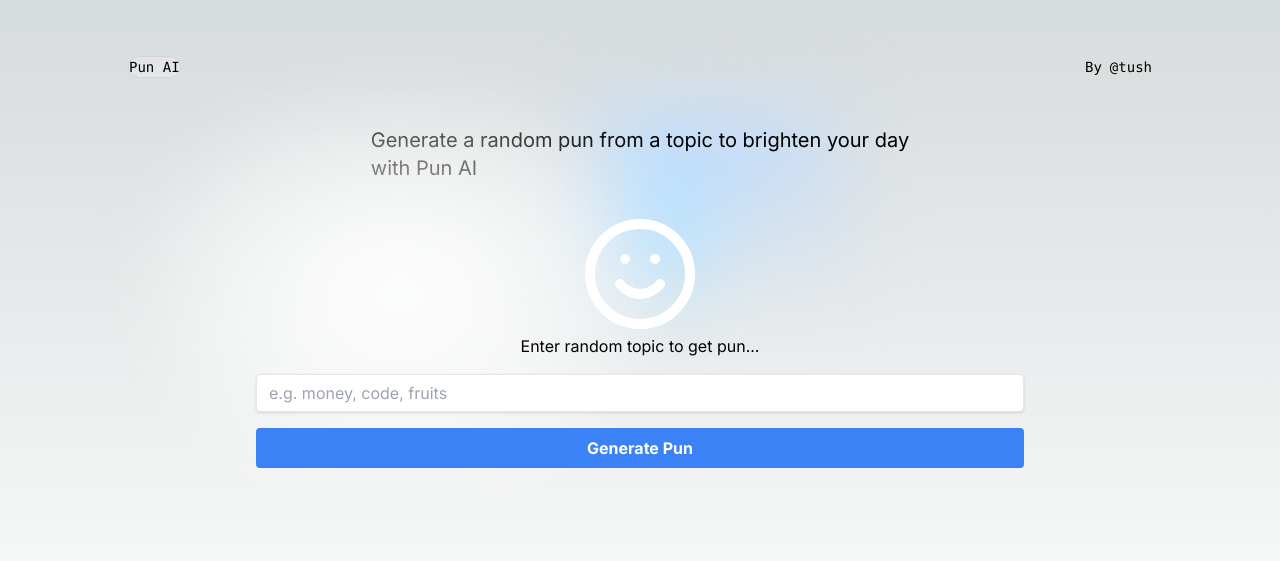
Repository: tushcmd/next-puns-ai
Page: /
An editor plug-in stored every save of this project. The page is shown before and after the next save, followed by the edit.
The browser window is 1280 px wide. The pictures show the whole page.
The project was rebuilt for these pictures with package versions that can differ from the ones it lists, and the page was loaded fresh each time. The framework's server and built-in components were replaced by stand-ins that run in the browser. Also part of the build but not shown: next.config.mjs.

Above is the page before, as saved 2024-03-07 08:48:28.

### app/page.tsx
import Image from "next/image";
import { FormEvent } from "react";



export default function Home() {
 {/* async function handleSubmit(e: FormEvent:<HTMLFormElement>) {
    return ;
  }    */}


  return (
    //Main Section
    <main className="flex min-h-screen flex-col items-center pt-6 px-24">

      {/*Nav*/}

      <div className="z-10 max-w-5xl w-full items-center justify-between py-8 font-mono text-sm lg:flex">
        <p className="fixed left-0 top-0 flex w-full justify-center border-b border-gray-300 bg-gradient-to-b from-zinc-200 py-2 backdrop-blur-2xl dark:border-neutral-800 dark:bg-zinc-800/30 dark:from-inherit lg:static lg:w-auto  lg:rounded-xl lg:border lg:bg-gray-200 lg:p-0 lg:dark:bg-zinc-800/30">
          Pun AI
        </p>

        <div className="fixed bottom-0 left-0 flex h-48 w-full items-end justify-center bg-gradient-to-t from-white via-white dark:from-black dark:via-black lg:static lg:h-auto lg:w-auto lg:bg-none">
          {/*<div>
            Dak
  </div>*/}
          <a
            className="pointer-events-none flex place-items-center gap-2 p-8 lg:pointer-events-auto lg:p-0"
            href="https://tushdev.co/"
            target="_blank"
            rel="noopener noreferrer"
          >
            By{" "}
            <p>@tush</p>
          </a>
        </div>
      </div>

      <div className="relative flex flex-col place-items-center before:absolute before:h-[300px] before:w-full sm:before:w-[480px] before:-translate-x-1/2 before:rounded-full before:bg-gradient-radial before:from-white before:to-transparent before:blur-2xl before:content-[''] after:absolute after:-z-20 after:h-[180px] after:w-full sm:after:w-[240px] after:translate-x-1/3 after:bg-gradient-conic after:from-sky-200 after:via-blue-200 after:blur-2xl after:content-[''] before:dark:bg-gradient-to-br before:dark:from-transparent before:dark:to-blue-700 before:dark:opacity-10 after:dark:from-sky-900 after:dark:via-[#0141ff] after:dark:opacity-40 before:lg:h-[360px] z-[-1]">
        <p className="p-4 lg:pb-8 text-xl">
          Generate a random pun from a topic to brighten your day <br /> with Pun AI
        </p>
        <svg
          xmlns="http://www.w3.org/2000/svg"
          width="120"
          height="120"
          viewBox="0 0 24 24"
          fill="none"
          stroke="#FFFFFF"
          stroke-width="2"
          stroke-linecap="round"
          stroke-linejoin="round"
          className="lucide lucide-smile"><circle cx="12" cy="12" r="10" /><path d="M8 14s1.5 2 4 2 4-2 4-2" /><line x1="9" x2="9.01" y1="9" y2="9" /><line x1="15" x2="15.01" y1="9" y2="9"
          />
        </svg>
      </div>

      <form className="flex flex-col justify-between mb-32 text-center lg:max-w-3xl lg:w-full lg:mb-0 lg:grid-cols-4">
        <div className='w-full mb-4'>
          <label className="block items-center justify-center mb-4" htmlFor="prompt-input">
            Enter random topic to get pun...
          </label>
          <input
            className="shadow appearance-none border rounded w-full py-2 px-3 text-gray-700 leading-tight focus:outline-none focus:shadow-outline"
            id="prompt-input"
            type="text"
            placeholder="e.g. money, code, fruits">
          </input>
        </div>
        <button
          type="submit"
          className="bg-blue-500 hover:bg-blue-700 text-white font-bold py-2 px-4 rounded focus:outline-none focus:shadow-outline"
        >
          Generate Pun
        </button>
      </form>
    </main>
  );
}

Loaded but not shown: app/layout.tsx (common file); app/globals.css (common file); tailwind.config.ts (common file)

After the next save:
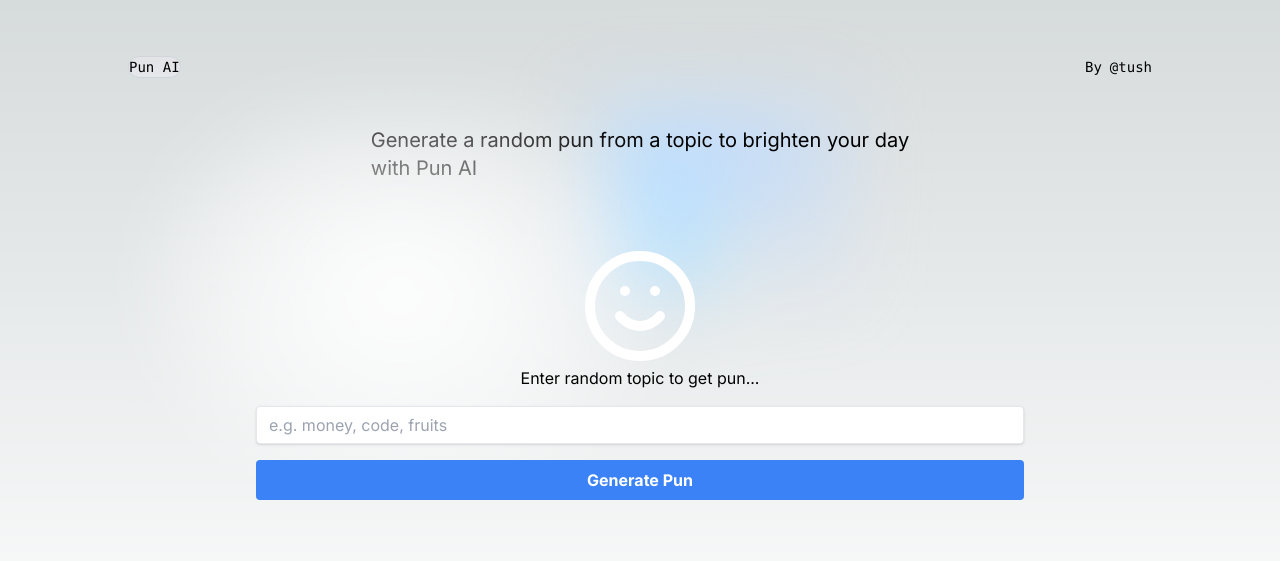
Saved 23 s later.
--- a/app/page.tsx
+++ b/app/page.tsx
@@ -37,7 +37,7 @@
       </div>
 
       <div className="relative flex flex-col place-items-center before:absolute before:h-[300px] before:w-full sm:before:w-[480px] before:-translate-x-1/2 before:rounded-full before:bg-gradient-radial before:from-white before:to-transparent before:blur-2xl before:content-[''] after:absolute after:-z-20 after:h-[180px] after:w-full sm:after:w-[240px] after:translate-x-1/3 after:bg-gradient-conic after:from-sky-200 after:via-blue-200 after:blur-2xl after:content-[''] before:dark:bg-gradient-to-br before:dark:from-transparent before:dark:to-blue-700 before:dark:opacity-10 after:dark:from-sky-900 after:dark:via-[#0141ff] after:dark:opacity-40 before:lg:h-[360px] z-[-1]">
-        <p className="p-4 lg:pb-8 text-xl">
+        <p className="p-4 lg:pb-16 text-xl">
           Generate a random pun from a topic to brighten your day <br /> with Pun AI
         </p>
         <svg

After the save that followed:
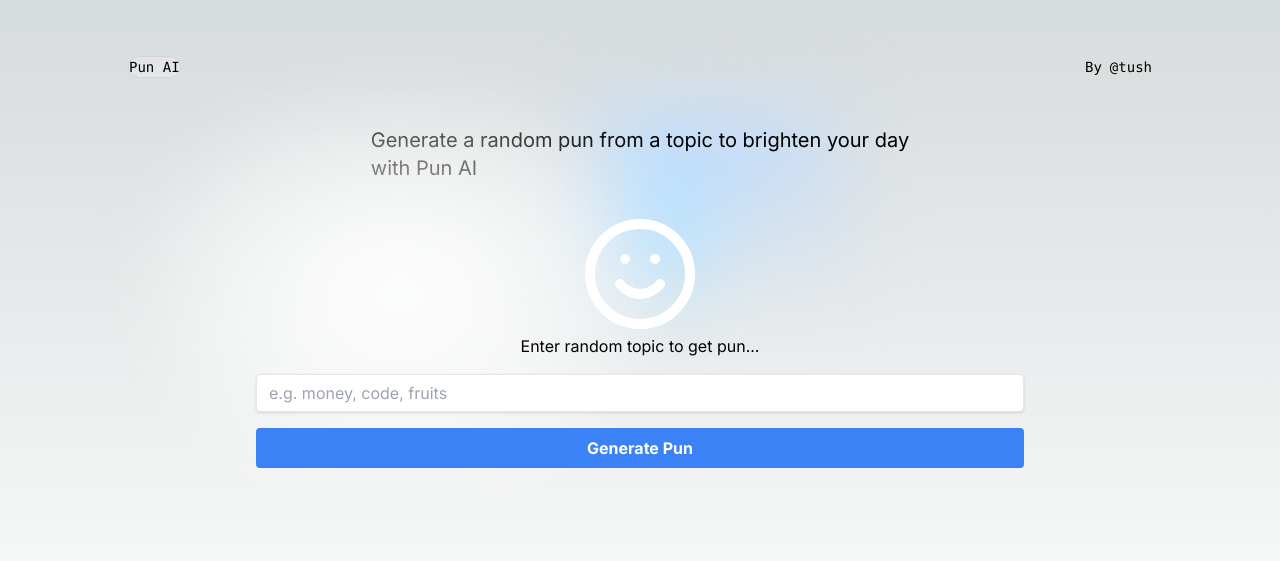
Saved 9 s later.
--- a/app/page.tsx
+++ b/app/page.tsx
@@ -37,7 +37,7 @@
       </div>
 
       <div className="relative flex flex-col place-items-center before:absolute before:h-[300px] before:w-full sm:before:w-[480px] before:-translate-x-1/2 before:rounded-full before:bg-gradient-radial before:from-white before:to-transparent before:blur-2xl before:content-[''] after:absolute after:-z-20 after:h-[180px] after:w-full sm:after:w-[240px] after:translate-x-1/3 after:bg-gradient-conic after:from-sky-200 after:via-blue-200 after:blur-2xl after:content-[''] before:dark:bg-gradient-to-br before:dark:from-transparent before:dark:to-blue-700 before:dark:opacity-10 after:dark:from-sky-900 after:dark:via-[#0141ff] after:dark:opacity-40 before:lg:h-[360px] z-[-1]">
-        <p className="p-4 lg:pb-16 text-xl">
+        <p className="p-4 lg:pb-8 text-xl">
           Generate a random pun from a topic to brighten your day <br /> with Pun AI
         </p>
         <svg
